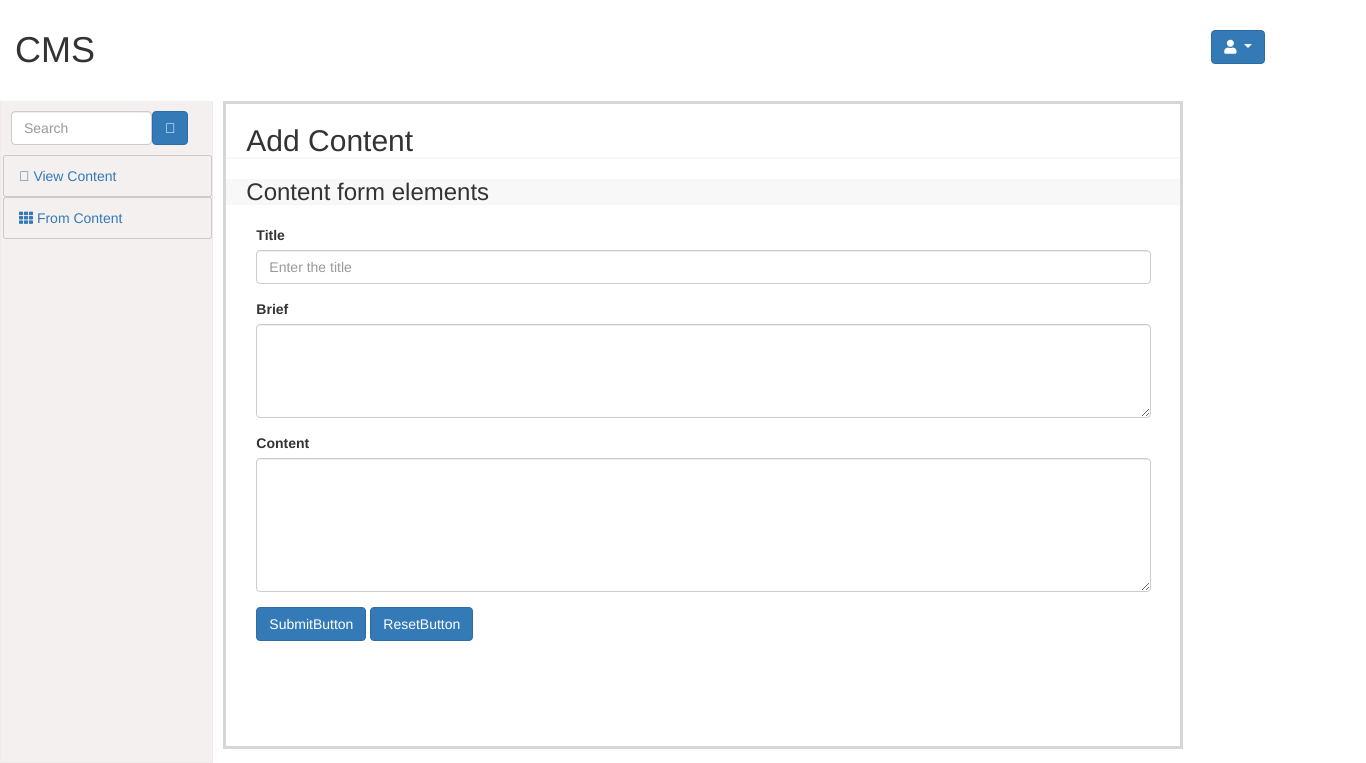
Repository: NgocNB20/travel
Page: NgocNb20_assigment8_9/edit.html
An editor plug-in stored every save of this project. The page is shown before and after the next save, followed by the edit.
The browser window is 1280 px wide. The page is 1366 px wide, so the pictures cover 1366 px, including what lies to the right of the window. The pictures show the whole page.
Some web libraries are served in a nearby version.

Above is the page before, as saved 2021-10-06 00:40:44.

After the next save:
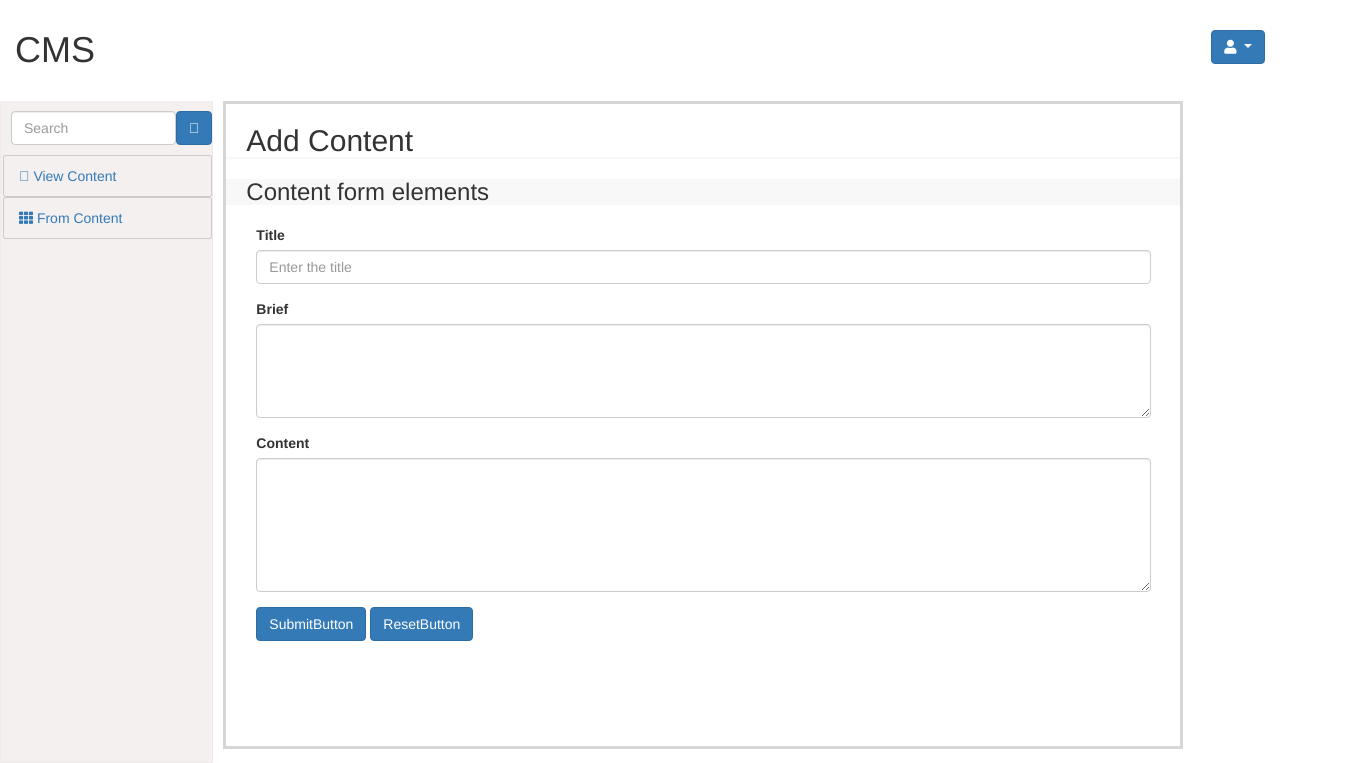
Saved 92 s later.
--- a/NgocNb20_assigment8_9/edit.css
+++ b/NgocNb20_assigment8_9/edit.css
@@ -123,3 +123,6 @@ a.nav-link.link-dark {
 ul.nav.nav-pills.flex-column.mb-auto {
     margin-top: 1rem;
 }
+input.form-control.search-query {
+    flex: 1 0 60%;
+}
